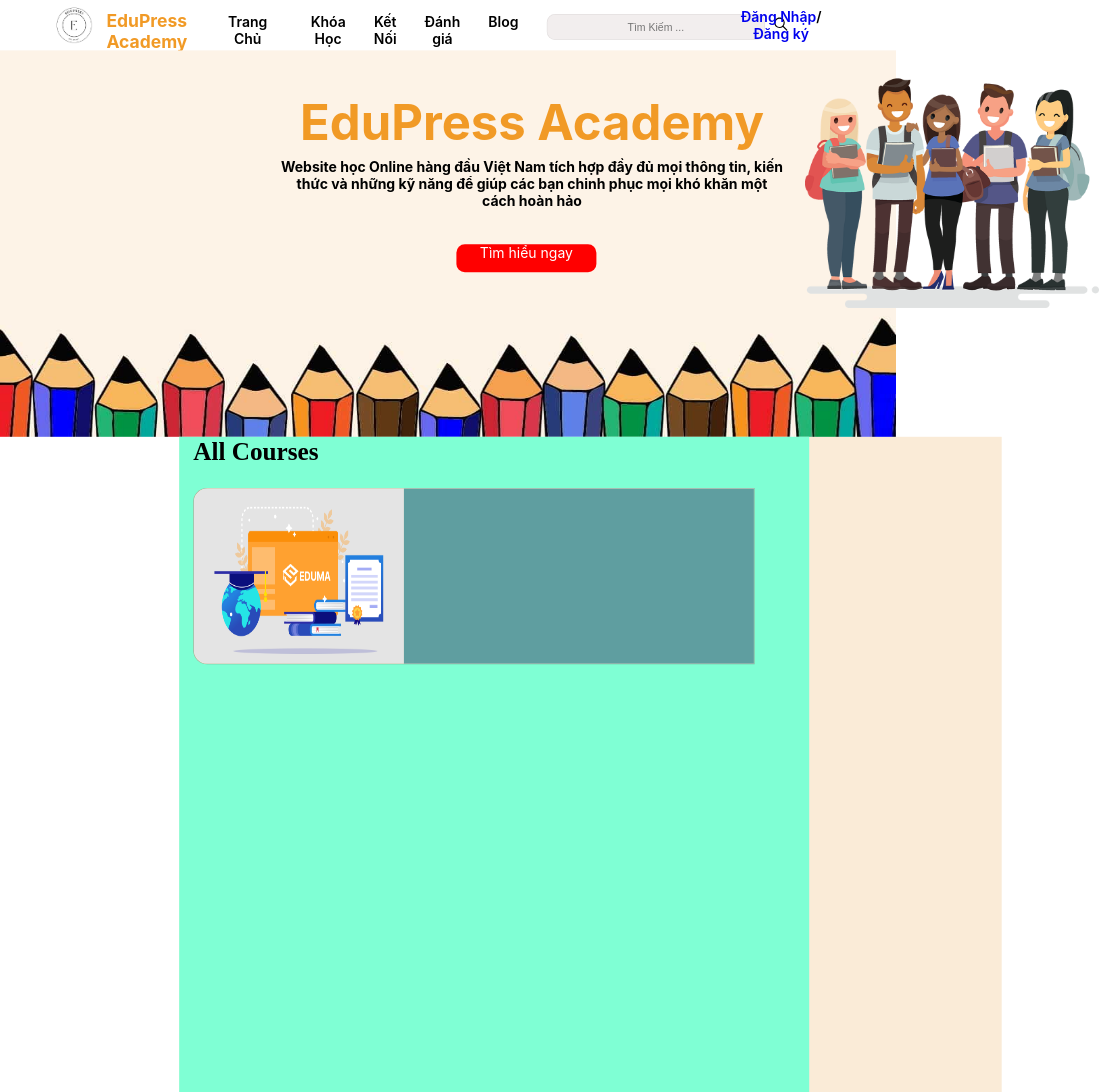
Repository: hieu1802/WebsiteEdupress
Page: /CouresPage (app in my-app/)
The author's editor kept a copy of each file at every save. The page is drawn from the files as they stood at one save, then again after the next save.
The browser window is 1280 px wide. The page is 1600 px wide, so the pictures cover 1600 px, including what lies to the right of the window. The pictures show the part of the page from y = 0 to 1560 px (the page is 2404 px tall), at 70% of full size.
The project was rebuilt for these pictures with package versions that can differ from the ones it lists, and the page was loaded fresh each time. Also part of the build but not shown: my-app/src/App.css, my-app/src/Components/data/FeaturedCoursesDaa.jsx, my-app/src/Components/data/topCategories.jsx, my-app/src/Components/HomePage/ContainerPage.jsx, my-app/src/Components/HomePage/HomePage.jsx, my-app/src/Components/Login/Login.css, my-app/src/Components/Modal/Modal.css, my-app/src/Components/Modal/Modal.jsx and 5 more.

Above is the page before, as saved 2024-08-15 18:05:30.

### my-app/src/App.jsx
import logo from "./logo.svg";
import "./App.css";
import HomePage from "./Components/HomePage/HomePage.jsx";
import { BrowserRouter as Router, Routes, Route } from "react-router-dom";
import Login from "./Components/Login/Login";
import Register from "./Components/Register/Register";
import LostPass from "./Components/LostPass/LostPass";
import CouresPage from "./Components/CouresPage/CouresPage.jsx";

function App() {
  return (
    <>
      <Router>
        <Routes>
          <Route path="/" element={<HomePage />} />
          <Route path="/login" element={<Login />} />
          <Route path="/register" element={<Register />} />
          <Route path="/lostPass" element={<LostPass />} />
          <Route path="/CouresPage" element={<CouresPage />} />
        </Routes>
      </Router>
    </>
  );
}

export default App;

### my-app/src/Components/CouresPage/CouresPage.jsx
import React from 'react'
import Header from '../HomePage/Header'
import Footer from '../HomePage/Footer'
import Container from './Container'

function CouresPage() {
  return (
   <>
      <Header/>
      <Container/>
      <Footer/>
   </>


  )
}

export default CouresPage

### my-app/src/Components/HomePage/Header.jsx
import React from "react";
import img01 from "../img/EduPress.png";
import img02 from "../img/img02.jpg";
import img03 from "../img/img03.png";
import "./HomePage.css";
import { IoIosSearch } from "react-icons/io";
import { Link, useNavigate } from "react-router-dom";
import { useState, useEffect } from "react";

function Header() {
  const [loggedInUser, setLoggedInUser] = useState(null);
  const navigate = useNavigate();

  useEffect(() => {
    const storedUser = localStorage.getItem("loggedInUser");
    if (storedUser) {
      const user = JSON.parse(storedUser);
      setLoggedInUser(user.username);
    }
  }, []);

  const handleLogout = () => {
    localStorage.removeItem("username");
    localStorage.removeItem("loggedInUser");
    setLoggedInUser(null);
    navigate("/");
  };

  return (
    <>
      <div className="Header">
        <div className="logoHeader">
          <img src={img01} />
          <h3>EduPress Academy</h3>
        </div>
        <ul>
          <Link to="/" className="liLink"><li>Trang Chủ</li></Link>
          <li>Khóa Học</li>
          <li>Kết Nối</li>
          <li>Đánh giá</li>
          <li>Blog</li>
          <div className="ulInput">
            <input placeholder="Tìm Kiếm ..." />
            <div className="btnHeader">
              <IoIosSearch className="btnIcon" />
            </div>
          </div>
        </ul>
        <div className="loginHeader">
          {loggedInUser ? (
            <div>
              <span>Hello {loggedInUser}</span>
              <button
                className="btnLogOut"
                onClick={handleLogout}
                style={{
                  marginLeft: "10px",
                  border: "1px solid transparent",
                  fontSize: "16px",
                  fontWeight: "600",
                  backgroundColor: "transparent",
                  cursor: "pointer",
                }}
              >
                Logout
              </button>
            </div>
          ) : (
            <div>
              <Link to="/login">
                <span>Đăng Nhập</span>
              </Link>
              /
              <Link to="/register">
                <span>Đăng ký</span>
              </Link>
            </div>
          )}
        </div>
      </div>
      <div className="posterHeader">
        <img src={img02} />
        <div className="posterContent">
          <div className="posterSologun">
            <h1>EduPress Academy</h1>
            <h2>
              Website học Online hàng đầu Việt Nam tích hợp đầy đủ mọi thông
              tin, kiến thức và những kỹ năng để giúp các bạn chinh phục mọi khó
              khăn một cách hoàn hảo
            </h2>
            <div className="btnPoster">Tìm hiểu ngay </div>
          </div>
          <div className="posterAvatar">
            <img src={img03} />
          </div>
        </div>
      </div>
    </>
  );
}

export default Header;

### my-app/src/Components/HomePage/Footer.jsx
import React from 'react'
import { AiFillStar,AiFillCaretRight } from "react-icons/ai";

function Footer() {
  return (
    <div className='footerPage'>
        <div className='footerContaier'>
            <div className='footerEdupress'>
                <h2>Edupress Academy</h2>
                <p>Lorem ipsum dolor sit amet, consectetur adipiscing elit, sed do eiusmod tempor incididunt ut labore et dolore magna aliqua.</p>
            </div>
            <div className='footerHelp'>
                <h2>GET HELP</h2>
                <a href='#'><AiFillCaretRight  style={{color:'FF782D', marginRight:'10px'}}/>Contact Us</a>
                <a href='#'><AiFillCaretRight  style={{color:'FF782D', marginRight:'10px'}}/>Latest Articles</a>
                <a href='#'><AiFillCaretRight  style={{color:'FF782D', marginRight:'10px'}}/>FAQ </a>
            </div>
            <div className='footerPrograms'>
                <h2>PROGRAMS</h2>
                <a href='#'><AiFillCaretRight  style={{color:'FF782D', marginRight:'10px'}}/> Art & Design</a>
                <a href='#'><AiFillCaretRight  style={{color:'FF782D', marginRight:'10px'}}/> Business</a>
                <a href='#'><AiFillCaretRight  style={{color:'FF782D', marginRight:'10px'}}/> IT & Software </a>
                <a href='#'><AiFillCaretRight  style={{color:'FF782D', marginRight:'10px'}}/> Languages </a>
                <a href='#'><AiFillCaretRight  style={{color:'FF782D', marginRight:'10px'}}/> Programming </a>
            </div>
            <div className='footerContact'>
                <h2>CONTACT US</h2>
                <p>Address: 2321 New Design Str, Lorem Ipsum10 Hudson Yards, USA</p>
                <p>Tel: + (123) 2500-567-8988<br/>
                Mail: supportlms@gmail.com</p>
                <span><AiFillStar/><AiFillStar/><AiFillStar/><AiFillStar/><AiFillStar/></span>
            </div>
        </div>
    </div>
  )
}

export default Footer

### my-app/src/Components/CouresPage/Container.jsx
import React from 'react'
import './Container.css'
import img12 from '../img/img12.png'


function Container() {
  return (
    <div className='container'>
       <div className='boxProduct'>
            <h2>All Courses</h2>
            <div className='boxContent'>
                <div className='boxImg'>
                    <img src={img12}/>
                </div>
                <div className='boxTexT'>
                    <div className='text'>

                    </div>
                </div>
            </div>
       </div>
    </div>
  )
}

export default Container

### my-app/src/Components/HomePage/HomePage.css
*{
    margin: 0;
    padding: 0;
    list-style: none;
    text-decoration: none;
    user-select: none;
}

.Header{
    width: 100%;
    height: 72px;
    display: flex;
    justify-content: space-between;

}

.logoHeader{
    width: 25%;
    height: 100%;
    display: flex;
    gap: 10px;
    margin-left: 70px;
}


h3{
    font-size: 25px;
    margin-top: 15px;
    color: rgba(241, 152, 34, 0.979);
}

.Header > ul{

    display: flex;
    width:60%;
}

.Header > ul > li,
.liLink > li{
    width: 100px;
    text-align: center;
    padding: 20px;
    font-size: 20px;
    font-weight: 600;
    cursor: pointer;
    color: #000;
}

.Header > ul > li:hover,
.liLink > li:hover{
    background-color: rgba(246, 243, 238, 0.633);
    color: rgba(241, 152, 34, 0.979);
}

.ulInput{
    width: 400px ;
    padding: 20px;
    display: flex;
}

.ulInput > input{
    margin-right:10px;
    text-align: center;
    font-size: 15px;
    width: 400px;
    height: 35px;
    border: 1px solid #00000010;
    background-color: rgba(240, 234, 234, 0.815);
    border-radius: 12px;
}

.btnHeader{
    width: 100px;
    margin: auto;
    cursor: pointer;
}
.btnIcon{
    font-size: 25px;
}
.loginHeader{
    display: flex;
    width: 15%;
    height: 72px;
    margin-right: 100px;
    cursor: pointer;
}

.loginHeader > div{
   margin: auto;
   font-size: 20px;
   font-weight: 600;
   text-align: center;
}

.loginHeader > div > span{
    margin: 10px;
}

.loginHeader > div > span:hover {
    color: rgba(241, 152, 34, 0.979);
}

.posterHeader{
    width: 100%;
    height: 552px;
    background-color: black;
    display: flex;
}

.posterHeader > img{
    width: 100%;
}

.posterContent{
    position: absolute;
    display: flex;
    margin-left: 400px;
    margin-top: 10px;
    width: 1200px;
    height: 400px;

    z-index: 999;
}

.posterSologun{
    width: 60%;
}

.posterSologun > h1{
    font-size: 70px;
    text-align: center;
    color: rgba(241, 152, 34, 0.979);
    margin-top: 50px;
    margin-bottom: 10px;
}

.posterSologun > h2{
    font-size: 20px;
    text-align: center;
}

.btnPoster{
    width: 200px;
    height: 40px;
    background-color: red;
    font-size: 20px;
    color: #fff;
    text-align: center;
    border-radius: 12px;
    cursor: pointer;
    gap: 10px;
    margin-top: 50px;
    margin-left: 35%;
}

.posterAvatar{
    width: 35%;
    margin-left: 30px;

}

.posterAvatar > img{
    width: 100%;
    margin-top: 30px;
}

/************************ContainerPage**************************/

.ContainerPage{
    position: relative;
    width: 1200px;
    height: 100%;

    margin-left: 20%;
}

.categories{
    width: 100%;
    height: 640px;
    background-color: #fff;
    margin-top: 50px;
}

.textCategories{
    width: 100%;
    height: 77px;
    background-color: #fff;
    display: flex;
    justify-content: space-between;
}
.topCategories>h3{
    color: black;
    font-size: 30px;
    margin-bottom: 5px;
    margin-top: 0px;
    font-weight: 500;
}


.btnCategories{
    width: 150px;
    height: 40px;
    border: 1px solid #000000;
    border-radius: 12px;
    margin-top: 15px;
    margin-right: 20px;
    cursor: pointer;
    padding-top: 5px;
}

.btnCategories:hover{
    background-color: rgba(244, 25, 25, 0.757);
    color: #fff;
}

.btnCategories > p{
    text-align: center;
    margin-top: 5px;
    font-weight: 600;
}

.boxCategories{
    width: 100%;
    height: 100%;
    display: grid;
    grid-template-columns: 1fr 1fr 1fr 1fr 1fr;
    margin-top: 30px;
}

.miniBox{
    width: 200px;
    height: 200px;
    border: 1px solid #e9c47b98;
    border-radius: 20px;
    display: flex;
    align-items: center;
    flex-direction: column;
    justify-content: center;
    margin-left: 20px;
    cursor: pointer;
}

.miniBox:hover{
    background-color: rgba(239, 193, 167, 0.726);
    color: #fff;
}

.iconBox{
    font-size: 60px;
    margin-bottom: 20px;
    color: rgba(241, 152, 34, 0.979);
}

.miniBox > h4{
    font-size: 25px;
    margin-bottom: 20px;
}

.miniBox > h5{
    font-size: 20px;
    font-weight: 100;
}

.courses{
    width: 1200px;
    height: 100%;
    margin-top: 30px;
}

.boxCourses{
    width: 1200px;
    height: 1100px;
    display: grid;
    grid-template-columns: 1fr 1fr 1fr;
    margin-top: 30px;
    margin-left: 10px;
}
.boxFeaturedCourses{
    width: 360px;
    height: 470px;
    border: 2px solid #0000001a ;
    border-radius: 24px 24px 0 0;
    cursor: pointer;
    transition: transform 0.3s ease, box-shadow 0.3s ease;
    overflow: hidden;
    box-shadow: 0 4px 8px rgba(0, 0, 0, 0.1);
}

.boxFeaturedCourses:hover{
    transform: translateY(-10px);
    box-shadow: 0 12px 24px rgba(0, 0, 0, 0.2);
}

.boxFeaturedCoursesImg{
    width: 100%;
    height: 250px;
    gap: 16px;
    transition: transform 0.3s ease;
    display: block;
}

.boxFeaturedCourses:hover>.boxFeaturedCoursesImg> img {
    transform: scale(1.05);
  }
.boxFeaturedCoursesImg > img{
    width: 100%;
    height: 100%;
    border-radius: 24px 24px 0 0;
}

.boxFeaturedCoursesContent{
    width: 360px;
    height: 180px;
    padding: 20px;
}

.boxFeaturedCoursesContentText{
    width: 300px;
    height: 100px;
    background-color: #fff;
}

.boxFeaturedCoursesContentText > p >span{
    font-family: exo;
    font-size: 20px;
    font-weight: 500;
}

.boxFeaturedCoursesContentText > h4{
    font-family: exo;
    font-size: 24px;
    font-weight: 600;
    margin-top: 10px;
}

.boxFeaturedCoursesContentMeta{
    width: 200px;
    height: 24px;
    display: flex;
    background-color: #fff;
    margin-top: 16px;
    margin-bottom: 16px;
    justify-content: space-between;
}

.boxFeaturedCoursesContentMeta > span{
    display: flex;
    font-size: 16px;
}

.boxFeaturedCoursesContentPrice{
    width: 300px;
    height: 28px;
    background-color: #fff;
    display: flex;
    justify-content: space-between;
    font-size: 16px;
}

.price{
    display: flex;
}

.price > p{
    text-decoration: line-through;
    color: var(--Grey, #9D9D9D);
    font-weight: 700;
    margin-right: 10px;
}

.price > span{
    color: green;
    font-weight: 700;
}

.banner{
    width: 1200px;
    height: 320px;
    border-radius: 12px;
    position: relative;
    display: flex;
    margin-top: 30px;
}

.bannerContent{
    width: 450px;
    height: 240px;
    gap: 24px;
    position: absolute;
    margin-top: 54px;
    margin-left: 50px;
    display: flex;
    flex-direction: column;
    justify-content: space-around;
}

.bannerContent > h5{
    font-family: Exo;
    font-size: 16px;
    font-weight: 600;
    line-height: 19.2px;
    text-align: left;
}

.bannerContent > h2{
    font-family: Exo;
    font-size: 32px;
    font-weight: 600;
    line-height: 38.4px;
    text-align: left;
}

.bannerContent > p{
    font-family: Jost;
    font-size: 18px;
    font-weight: 400;
    line-height: 27px;
    text-align: left;
}

.btnBanner{
    width: 177px;
    height: 36px;
    border-radius: 24px;
    text-align: center;
    padding-top: 12px;
    background: var(--Primary, #FF782D);
    font-size: 18px;
    color: #fff;
    cursor: pointer;
}


.counterBox{
    width: 1175px;
    height: 150px;
    margin-top: 30px;
    display: flex;
    justify-content: space-between;
}

.counterBoxContent{
    width: 250px;
    height: 100%;
    background: var(--White_grey, #F5F5F5);
    display: flex;
    flex-direction: column;
    justify-content: center;
    border-radius: 12px;
    align-items: center;
}

.counterBoxContent > h2{
    font-family: Exo;
    font-size: 56px;
    font-weight: 600;
    line-height: 38.4px;
    text-align: left;
    color: var(--Primary, #FF782D);
}

.counterBoxContent > a{
    font-family: Jost;
    font-size: 20px;
    font-weight: 500;
    line-height: 27px;
    text-align: left;
    text-decoration: none;
    color: #000000;
    margin-top: 16px;
}

.boxConnect{
    width: 1175px;
    height: 450px;
    margin-top: 30px;
    display: flex;
}

.boxConnectImg{
    width: 56%;
    height: 100%;
}

.boxConnectContent{
    width: 520px;
    height: 380px;
    border: 2px solid #0000001a ;
    margin-top: 35px ;
    border-radius: 24px;
}

.boxConnectText{
    width: 100%;
    height: 80px;
}

.boxConnectText > h2{
    font-family: Exo;
    font-size: 32px;
    font-weight: 600;
    line-height: 38.4px;
    text-align: left;
    text-align: center;
    padding-top: 20px;
}

.boxConnectContainer{
    width: 100%;
    height: 300px;
}

.introduce{
    width: 100%;
    height: 60px;
    padding-left: 15px;
}

.introduce > p{
    font-family: Jost;
    font-size: 18px;
    font-weight: 400;
    line-height: 27px;
    text-align: left;

}

.connect{
    width: 100%;
    height: 240px;
    font-size: 18px;
    display: flex;
    flex-direction: column;
    justify-content: space-around;
}

.connect > span > a{
    font-size: 18px;
    color: blue;
}
.connectIcons{
    color: green;
    font-size: 24px;
    margin-right: 15px;
    margin-left: 15px;
}

.boxFeedbacks{
    width: 1175px;
    height: 540px;
    margin-top: 30px;
}

.feedbacksHeading{
    width: 100%;
    height: 80px;
}

.feedbacksHeading > h2{
    font-family: Exo;
    font-size: 32px;
    font-weight: 600;
    line-height: 38.4px;
    text-align: center;
}

.feedbacksHeading > p{
    font-family: Jost;
    font-size: 18px;
    font-weight: 400;
    line-height: 27px;
    text-align: center;
    margin-top: 15px;
}

.feedbacksHeadingContent{
    display: flex;
    overflow-x: auto;
    padding: 20px;
    gap: 20px;
    scroll-snap-type: x mandatory;
    margin-top: 50px;
    position: relative;
    height: 400px;
    cursor: pointer;
}
.feedbacksHeadingContent::-webkit-scrollbar {
    display: none;
  }

.feedbackItems{
    min-width: 300px; /* Đặt chiều rộng tối thiểu cho mỗi feedback */
    height: 350px;
    flex-shrink: 0; /* Ngăn chặn các phần tử co lại */
    background-color: #fff;
    border-radius: 10px;
    box-shadow: 0 4px 8px rgba(0, 0, 0, 0.1);
    scroll-snap-align: start; /* Các phần tử sẽ bắt đầu từ đầu khi cuộn */
    padding: 20px;

}

.feedbacksContents{
    position: absolute;
    width: 240px;
    height: 230px;
    margin: auto;
    margin-top: 50px;
    margin-left: 30px;
    box-shadow: 0 4px 8px rgba(0, 0, 0, 0.1);
}

.feedbacksIdName{
    width: 100px;
    height: 60px;
    position: absolute;
    margin-top: 290px;
    margin-left: 30px;
}

.feedbacksIdName > h4{
    font-family: Exo;
    font-size: 20px;
    font-weight: 600;
    line-height: 24px;
    text-align: left;

}

.articles{
    width: 1175px;
    height: 500px;
    margin-top: 30px;
}

.articlesHeading{
    width: 100%;
    height: 80px;
    display: flex;
    justify-content: space-between;
}

.articlesTitle{
    width: 780px;
    height: auto;
}

.articlesTitle > h2{
    font-family: Exo;
    font-size: 32px;
    font-weight: 600;
    line-height: 38.4px;
    text-align: left;
}

.articlesTitle > p{
    font-family: Jost;
    font-size: 18px;
    font-weight: 400;
    line-height: 27px;
    text-align: left;
    margin-top: 10px;
}

.articlesContainer{
    width: 100%;
    height: 420px;
    display: flex;
    justify-content: space-between;
}

.articlesBox{
    width: 350px;
    height: 380px;
    margin-top: 30px;
    border-radius: 12px 12px 0 0;
    border: 1px solid #0000001b;
}

.articlesBox > img{
    width: 100%;
    height: 200px;
    border-radius: 12px 12px 0 0;
}

.articlesContent{
    width: 360px;
    height: 160px;
    padding: 20px;
    display: flex;
    flex-direction: column;
    justify-content: space-between;
}

.articlesContent >h4{
    font-family: Exo;
    font-size: 20px;
    font-weight: 600;
    line-height: 24px;
    text-align: left;
}

.articlesContent > span{
    font-family: Jost;
    font-size: 16px;
    font-weight: 400;
    line-height: 24px;
    text-align: left;
}

.articlesContent > p{
    font-family: Jost;
    font-size: 18px;
    font-weight: 400;
    line-height: 27px;
    text-align: left;
}

/****************************FOOTER***************/
.footerPage{
    width: 100%;
    height: 450px;
    background-color: #F5F5F5;
    position: relative;
    display: flex;
    margin-top: 30px;
}

.footerContaier{
    width: 1175px;
    height: 300px;
    margin-left: 20%;
    margin-top: 90px;
    display: flex;
    justify-content: space-between;
}

.footerEdupress{
    width: 400px;
    height: 130px;
}

.footerEdupress > h2{
    font-family: Exo;
    font-size: 28px;
    font-weight: 700;
    line-height: 33.6px;
    text-align: left;
}

.footerEdupress > p{
    font-family: Jost;
    font-size: 18px;
    font-weight: 400;
    line-height: 27px;
    text-align: left;
    margin-top: 10px;
}

.footerHelp{
    width: 190px;
    height: 190px;
    display: flex;
    flex-direction: column;
    justify-content: space-between;
}

.footerHelp > h2,
.footerPrograms > h2,
.footerContact > h2{
    font-family: Exo;
    font-size: 20px;
    font-weight: 600;
    line-height: 24px;
    text-align: left;
}

.footerHelp > a,
.footerPrograms > a,
.footerContact > p{
    font-family: Jost;
    font-size: 18px;
    font-weight: 500;
    line-height: 45px;
    text-align: left;
    color: #000;
}

.footerHelp > a:hover,
.footerPrograms > a:hover{
    color: var(--Primary, #FF782D);
}


.footerPrograms{
    width: 190px;
    height: 250px;
    display: flex;
    flex-direction: column;
    justify-content: space-between;
}

.footerContact{
    width: 400px;
    height: 200px;
    display: flex;
    flex-direction: column;
    justify-content: space-between
}

.btnLink > p{
    text-align: center;
    margin-top: 5px;
    color: #000;
    font-weight: 700;
}

### my-app/src/Components/CouresPage/Container.css
*{
    margin: 0;
    padding: 0;
}

.container{
    width: 1175px;
    height: 1300px;
    background-color: antiquewhite;
    margin-left: 20%;
    display: flex;
}

.boxProduct{
    width: 880px;
    height: 100%;
    background-color: aquamarine;
    padding-left:20px;
}

.boxProduct > h2{
    font-family: Exo;
    font-size: 36px;
    font-weight: 600;
    line-height: 43.2px;
    text-align: left;
}

.boxContent{
    width: 800px;
    height: 250px;
    background-color: beige;
    margin-top: 30px;
    display: flex;
    border-radius: 20px 0 0 20px;
    border: 1px solid #00000048;
}

.boxImg{
    width: 300px;
    height: 100%;
}
.boxImg > img{
    width: 100%;
    height: 100%;
    border-radius: 20px 0 0 20px;
}

.boxTexT{
    width: 500px;
    height: 100%;
    background-color: cadetblue;
}

Loaded but not shown: my-app/public/index.html (common file); my-app/src/index.js (common file); my-app/src/index.css (common file); my-app/src/reportWebVitals.js (common file)

After the next save:
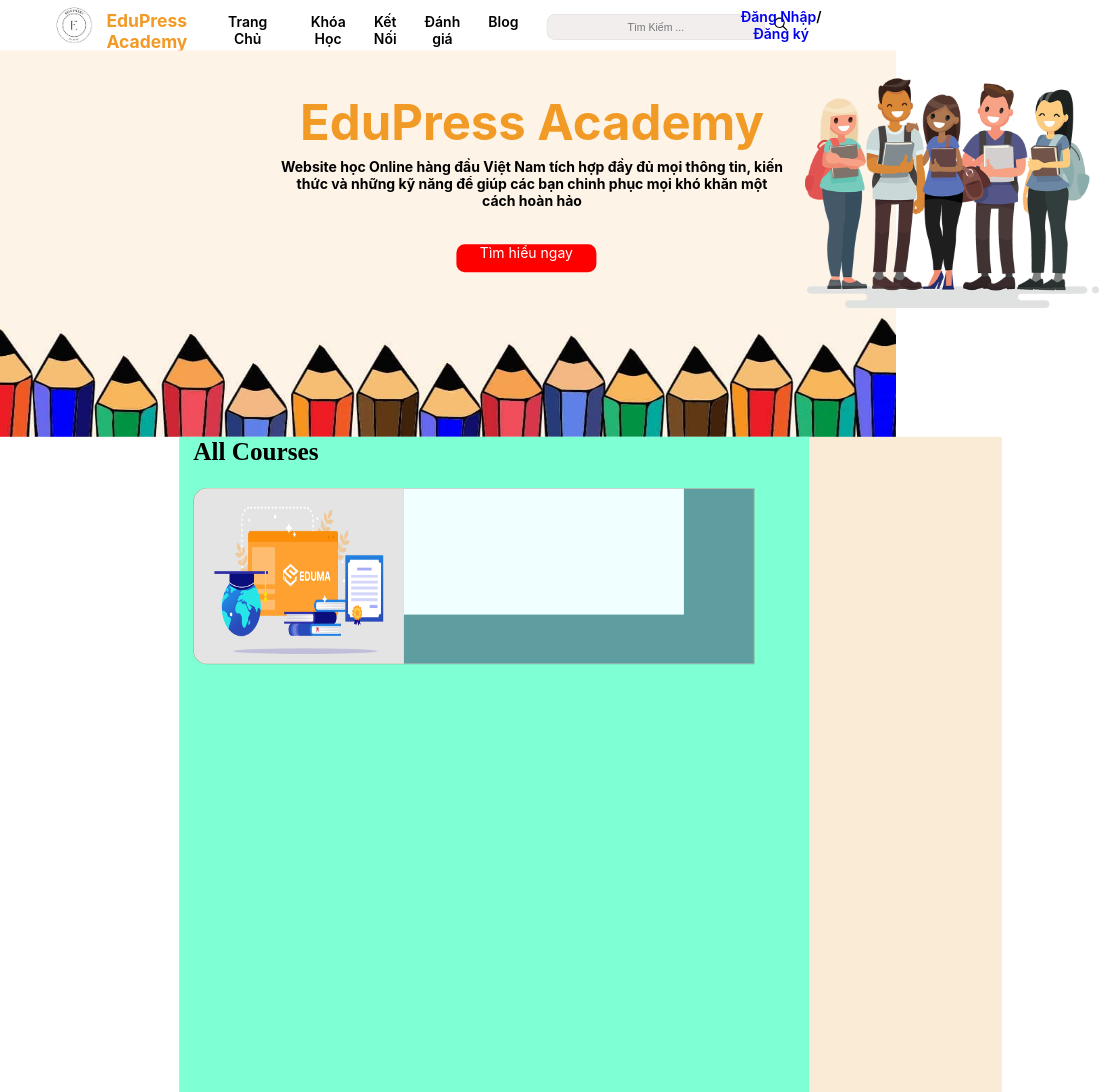
Saved 31 s later.
--- a/my-app/src/Components/CouresPage/Container.css
+++ b/my-app/src/Components/CouresPage/Container.css
@@ -51,3 +51,10 @@
     height: 100%;
     background-color: cadetblue;
 }
+
+.text{
+    width: 400px;
+    height: 180px;
+    background-color: azure;
+    display: flex;
+}
